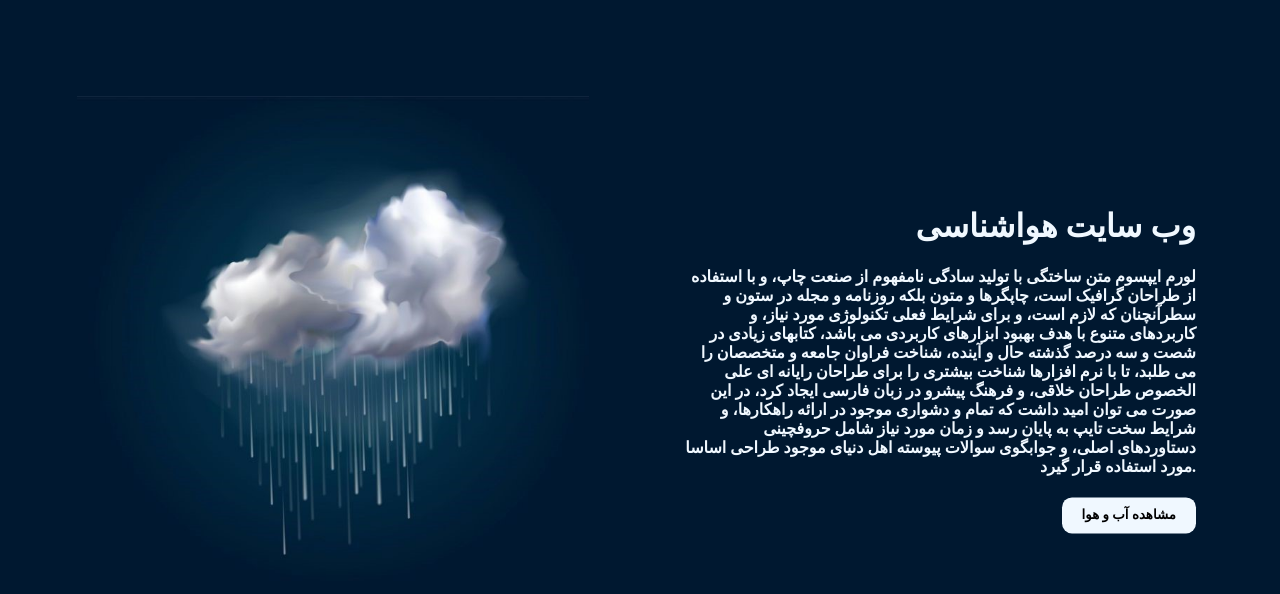
Repository: fateme81yosefi/weather
Page: landing/Landing.html
The author's editor kept a copy of each file at every save. The page is drawn from the files as they stood at one save, then again after a run of saves.
The browser window is 1280 px wide. The pictures show the whole page.
Some web fonts or font styles are not loaded; a fallback is used.

Above is the page before, as saved 2025-02-02 16:52:37.

### landing/Landing.html
<!doctype html>
<html lang="en">

<head>
    <meta charset="utf-8">
    <meta name="viewport" content="width=device-width,initial-scale=1">
    <link rel="stylesheet" href="./style/landing.css">
    <link href="https://cdn.jsdelivr.net/gh/rastikerdar/vazir-font@v27.1.0/dist/font-face.css" rel="stylesheet"
        type="text/css" />


    <title>هواشناسی</title>
</head>

<body>
    <div class="container-landing">
        <div class="contain-btn">
            <h1>وب سایت هواشناسی</h1>
            <h4>لورم ایپسوم متن ساختگی با تولید سادگی نامفهوم از صنعت چاپ، و با استفاده از طراحان گرافیک است، چاپگرها و
                متون بلکه روزنامه و مجله در ستون و سطرآنچنان که لازم است، و برای شرایط فعلی تکنولوژی مورد نیاز، و
                کاربردهای متنوع با هدف بهبود ابزارهای کاربردی می باشد، کتابهای زیادی در شصت و سه درصد گذشته حال و آینده،
                شناخت فراوان جامعه و متخصصان را می طلبد، تا با نرم افزارها شناخت بیشتری را برای طراحان رایانه ای علی
                الخصوص طراحان خلاقی، و فرهنگ پیشرو در زبان فارسی ایجاد کرد، در این صورت می توان امید داشت که تمام و
                دشواری موجود در ارائه راهکارها، و شرایط سخت تایپ به پایان رسد و زمان مورد نیاز شامل حروفچینی دستاوردهای
                اصلی، و جوابگوی سوالات پیوسته اهل دنیای موجود طراحی اساسا مورد استفاده قرار گیرد.</h4>
            <button class="go-to-weather">مشاهده آب و هوا</button>
        </div>

    </div>


    <script src="./js/landing.js"></script>
</body>

</html>

### landing/style/landing.css
@font-face {
  font-family: Vazir;
  src: url("Vazir-Regular.eot");
  src: url("Vazir-Regular.eot?#iefix") format("embedded-opentype"),
    url("Vazir-Regular.woff2") format("woff2"),
    url("Vazir-Regular.woff") format("woff"),
    url("Vazir-Regular.ttf") format("truetype");
}

body {
  font-family: vazir;
  font-weight: bold;
  margin: 0 !important;
  padding: 0;
  overflow: hidden;
  background-color: #001830;
}
.container-landing {
  background-image: url("../images/bg.jpg");
  background-position: center;
  background-size: 100%;
  background-repeat: no-repeat;
  height: 100vh;
  margin: 0;
  padding: 0;
}

.contain-btn {
    width: 40%;
  text-align: right;
  position: absolute;
  top: 50%;
  left: 50%;
  transform: translate(-50%, -50%) translateX(300px);
  color: aliceblue;
}
.go-to-weather {
  background-color: aliceblue;
  border: none;
  border-radius: 10px;
  padding: 10px 20px;
  font-family: vazir;
  font-weight: bold;
}
@media screen and (min-width: 1200px) {
  .container-landing {
    background-position: left;
    background-size: 40%;
    background-position: 10%;
  }
}

Loaded but not shown: landing/js/landing.js (no stored copy; drawn as an empty file)

After the next 2 saves:
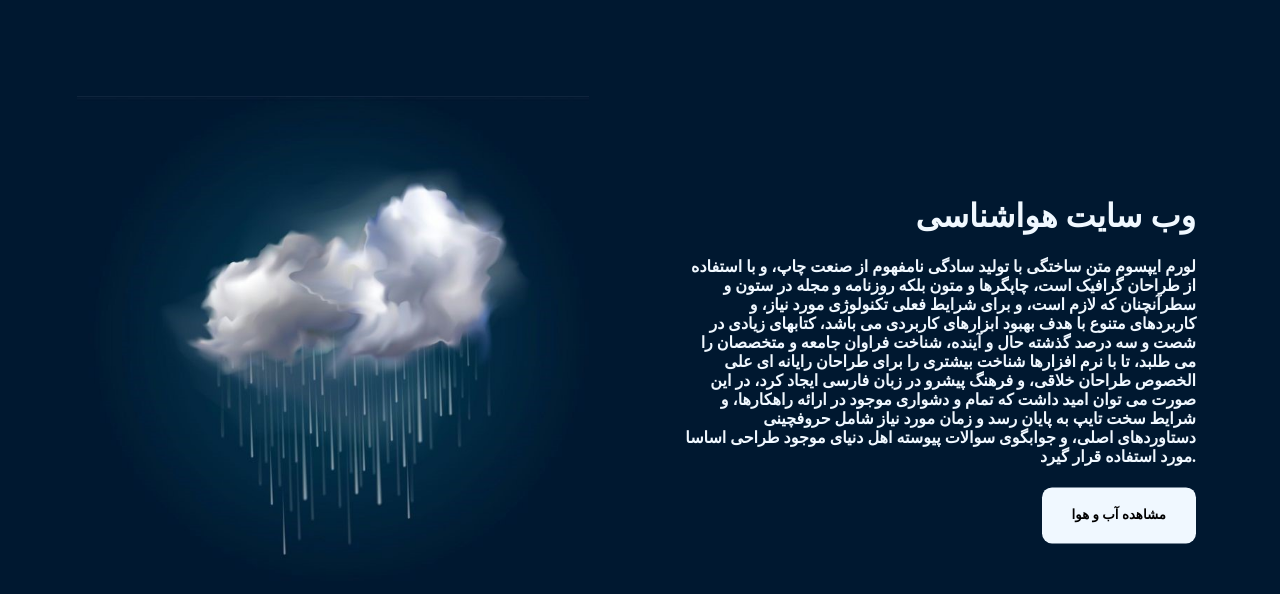
The 2 saves are shown as one change because they came seconds apart.
The last was saved 16 s later.
--- a/landing/style/landing.css
+++ b/landing/style/landing.css
@@ -38,7 +38,7 @@ body {
   background-color: aliceblue;
   border: none;
   border-radius: 10px;
-  padding: 10px 20px;
+  padding: 20px 30px;
   font-family: vazir;
   font-weight: bold;
 }
